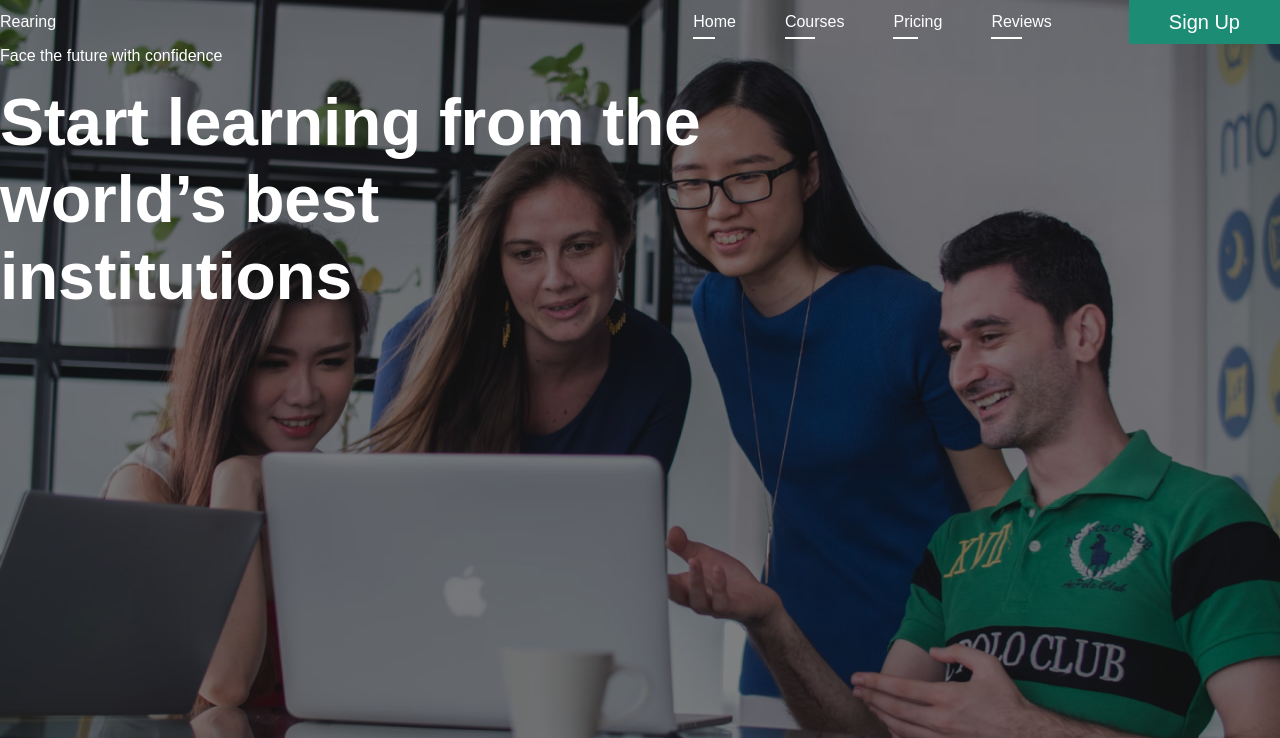
Repository: vandangnhathung/educationplatform
Page: /
These files come from the project's save history. The page is drawn as it stood at one moment and after the next save; the edit follows.
The browser window is 1280 px wide. The pictures show the whole page.
The project was rebuilt for these pictures with package versions that can differ from the ones it lists, and the page was loaded fresh each time.

Above is the page before, as saved 2022-06-20 15:05:24.

### src/index.js
import React from "react";
import ReactDOM from "react-dom/client";
import App from "./App";
import reportWebVitals from "./reportWebVitals";
import "./index.css";
const root = ReactDOM.createRoot(document.getElementById("root"));
root.render(
  <React.StrictMode>
    <App />
  </React.StrictMode>
);

// If you want to start measuring performance in your app, pass a function
// to log results (for example: reportWebVitals(console.log))
// or send to an analytics endpoint. Learn more: https://bit.ly/CRA-vitals
reportWebVitals();

### src/App.js
import Header from "./components/Header";

function App() {
  return (
    <>
      <Header></Header>
    </>
  );
}

export default App;

### src/index.css
@tailwind base;
@tailwind components;
@tailwind utilities;
@import url("https://fonts.googleapis.com/css2?family=Urbanist:wght@100;200;300;400;500;600;700;800&display=swap");
*,
*::before,
*::after {
  box-sizing: border-box;
}
* {
  margin: 0;
  padding: 0;
}

html,
body {
  height: 100%;
}
body {
  line-height: 1.5;
  font-family: "Urbanist", sans-serif;
}

img,
picture,
video,
canvas,
svg {
  display: block;
  max-width: 100%;
}
input,
button,
textarea,
select {
  font: inherit;
  outline: none;
}
p,
h1,
h2,
h3,
h4,
h5,
h6 {
  overflow-wrap: break-word;
}

.container {
  max-width: 1280px;
  margin: 0 auto;
  width: 100%;
}

.active {
  position: relative;
}

.active::before {
  content: "";
  display: block;
  position: absolute;
  bottom: -5px;
  width: 50%;
  padding: 1px;
  left: 0;
  background-color: #fff;
}

### src/components/Header.js
import React, { useEffect } from "react";
import headerImg from "../images/Images.png";
const Header = () => {
  const headerNav = [
    {
      id: 1,
      title: "Home",
    },
    {
      id: 2,
      title: "Courses",
    },
    {
      id: 3,
      title: "Pricing",
    },
    {
      id: 4,
      title: "Reviews",
    },
  ];
  return (
    <header>
      <div className="relative">
        <img src={headerImg} alt="header_img" className="w-full" />
        <div className="absolute inset-0 bg-black opacity-50"></div>
        <div class="absolute top-0  left-0 right-0 ">
          <div class="container">
            <div className=" header-top text-white flex items-center justify-between">
              <div className="">Rearing</div>
              <div className="flex items-center">
                <nav className="mr-[77px]">
                  <ul className="flex items-center  gap-x-[49px] ">
                    {headerNav.map((item) => (
                      <li className="active cursor-pointer" key={item.id}>
                        {item.title}
                      </li>
                    ))}
                  </ul>
                </nav>
                <button className="py-2 px-10 bg-[#1D8C74] text-white text-xl ">
                  Sign Up
                </button>
              </div>
            </div>

            <div className="slogan text-white">
              <h3 className="text-base mb-4">
                Face the future with confidence
              </h3>
              <h1 className="desc max-w-[740px] text-[66px] leading-[77px] w-full tracking-[-0.02rem] font-bold">
                Start learning from the world’s best institutions
              </h1>
            </div>
          </div>
        </div>
      </div>
    </header>
  );
};

export default Header;

Loaded but not shown: public/index.html (common file); src/reportWebVitals.js (common file); tailwind.config.js (common file)

After the next save:
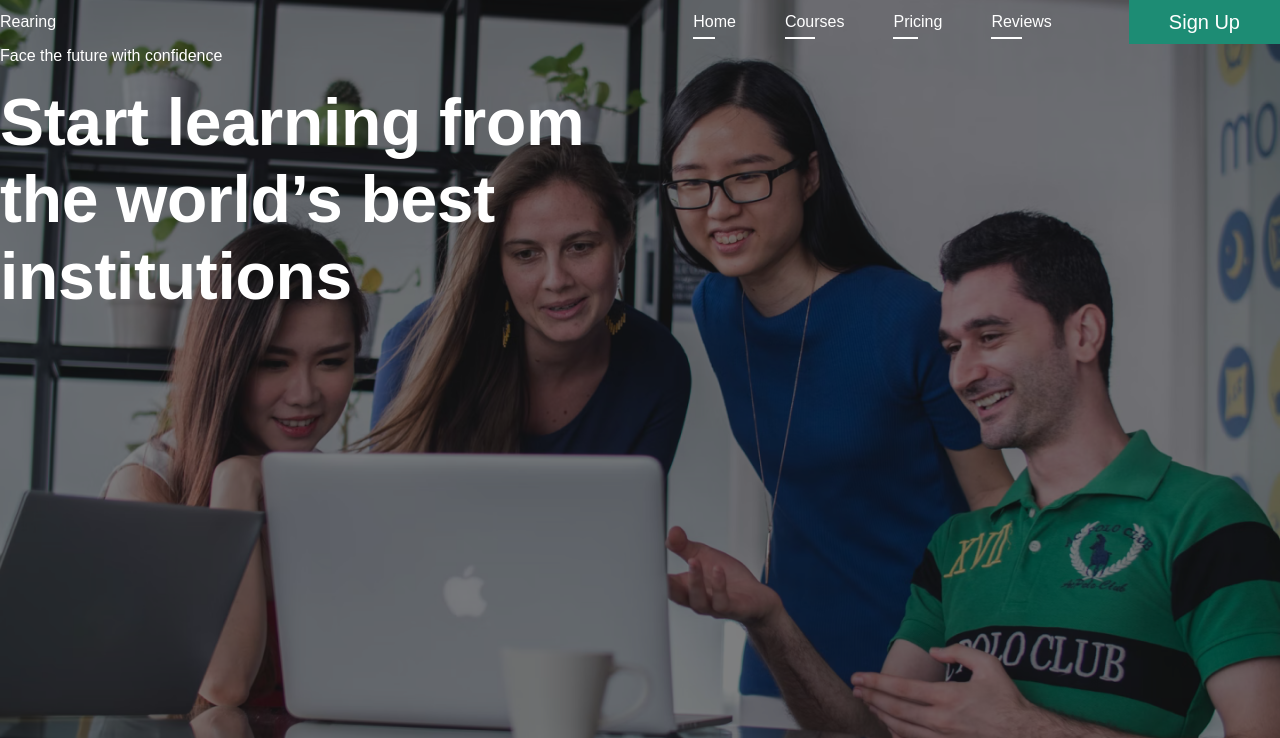
Saved 5 s later.
--- a/src/components/Header.js
+++ b/src/components/Header.js
@@ -48,7 +48,7 @@
               <h3 className="text-base mb-4">
                 Face the future with confidence
               </h3>
-              <h1 className="desc max-w-[740px] text-[66px] leading-[77px] w-full tracking-[-0.02rem] font-bold">
+              <h1 className="desc max-w-[700px] text-[66px] leading-[77px] w-full tracking-[-0.02rem] font-bold">
                 Start learning from the world’s best institutions
               </h1>
             </div>

After the 3 saves that followed:
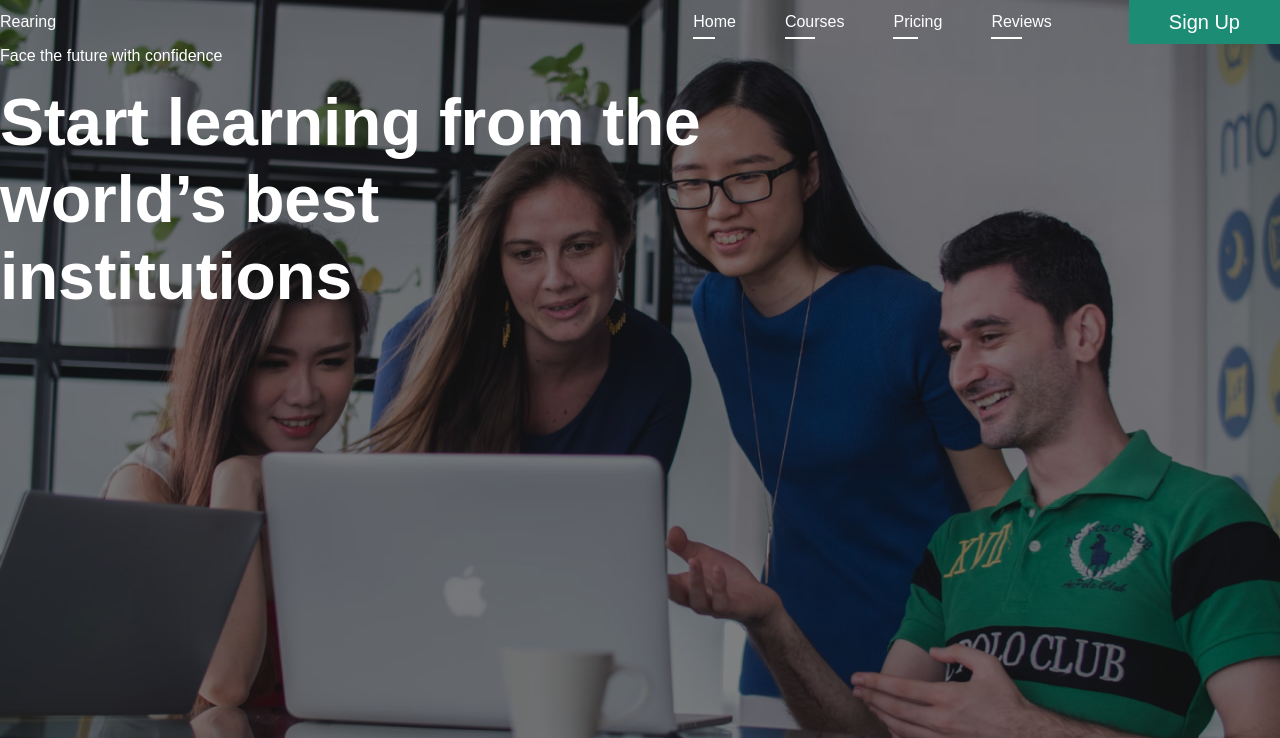
The 3 saves are shown as one change because they came seconds apart.
The last was saved 11 s later.
--- a/src/components/Header.js
+++ b/src/components/Header.js
@@ -48,7 +48,7 @@
               <h3 className="text-base mb-4">
                 Face the future with confidence
               </h3>
-              <h1 className="desc max-w-[700px] text-[66px] leading-[77px] w-full tracking-[-0.02rem] font-bold">
+              <h1 className="desc max-w-[730px] text-[66px] leading-[77px] w-full tracking-[-0.02rem] font-bold">
                 Start learning from the world’s best institutions
               </h1>
             </div>
